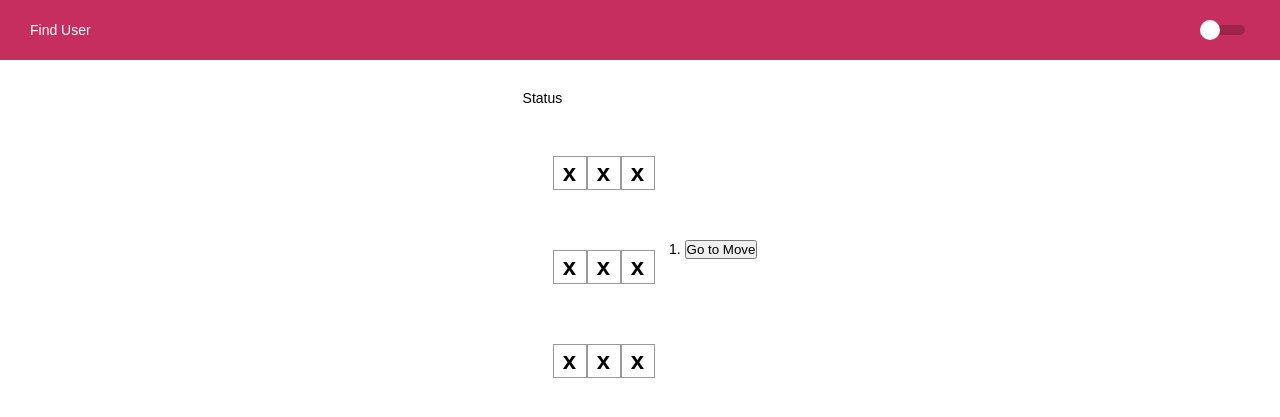
Repository: OmniaRafat232111121/Tic-Tac-Toe
Page: /
The author's editor kept a copy of each file at every save. The page is drawn from the files as they stood at one save, then again after the next save.
The browser window is 1280 px wide. The pictures show the whole page.
The project was rebuilt for these pictures with package versions that can differ from the ones it lists, and the page was loaded fresh each time.

Above is the page before, as saved 2022-09-20 18:33:19.

After the next save:
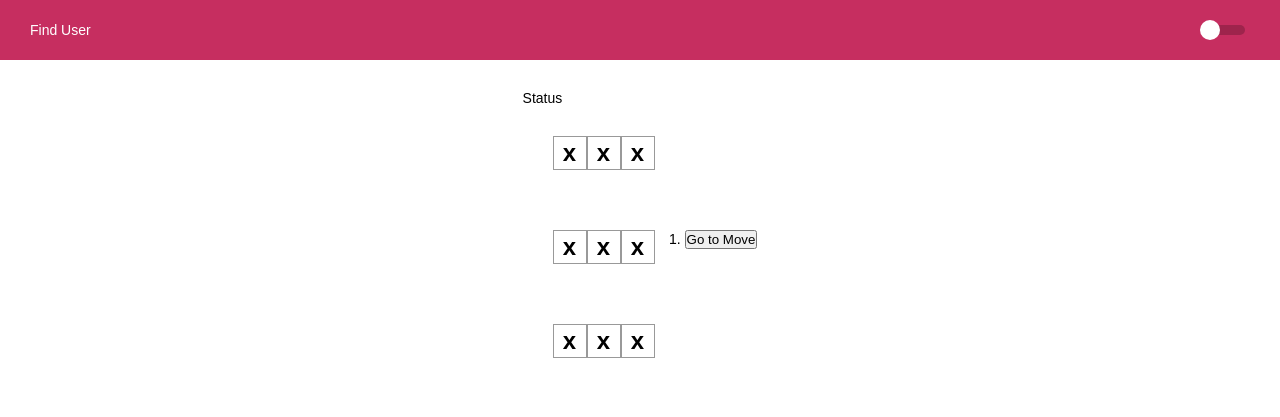
Saved 9 s later.
--- a/src/components/Game.tsx
+++ b/src/components/Game.tsx
@@ -22,7 +22,7 @@ function Game(){
 return(
 
 <Row gap={0}>
-<Column gap={20}>
+<Column gap={0}>
     <div>Status</div>
     <Board/>
 </Column>
